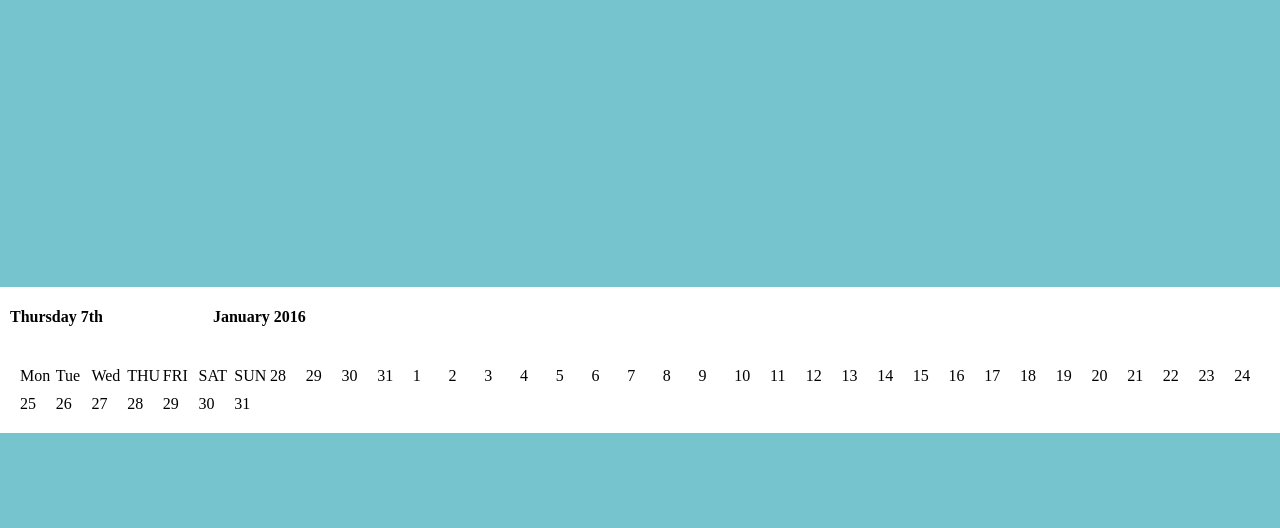
Repository: KYUUBI-K/HTML
Page: За 1 курс/Лаб 4/calendar.html
The author's editor kept a copy of each file at every save. The page is drawn from the files as they stood at one save, then again after the next save.
The browser window is 1280 px wide. The pictures show the whole page.

Above is the page before, as saved 2021-03-30 13:38:52.

After the next save:
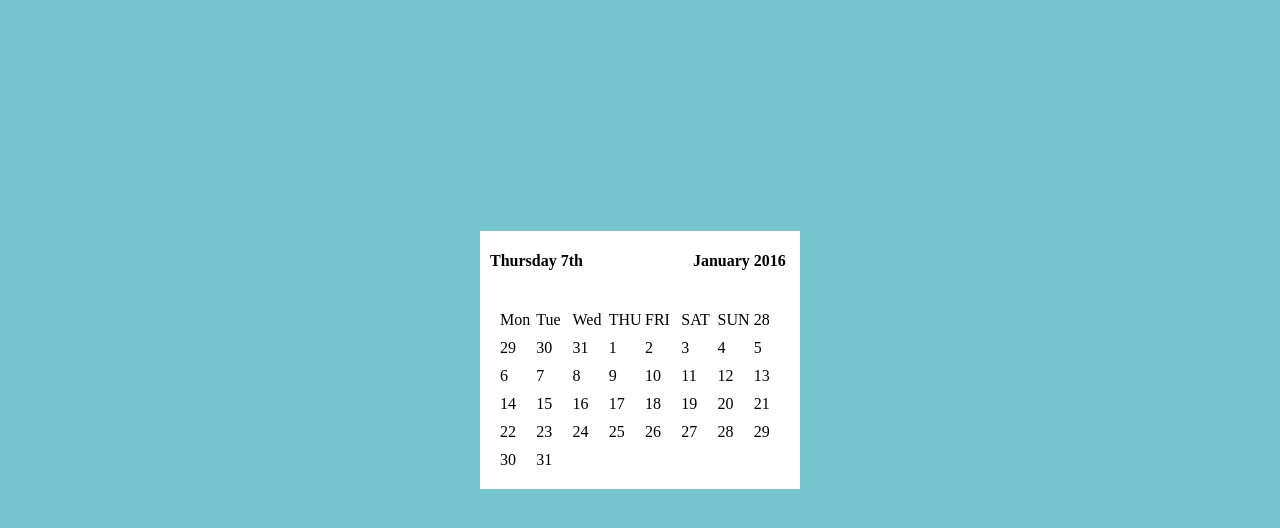
Saved 5 s later.
--- a/За 1 курс/Лаб 4/for_calend.css
+++ b/За 1 курс/Лаб 4/for_calend.css
@@ -7,7 +7,7 @@ body{
     height: 100vh;
 }
 .calendar{
-    width: 3200px;
+    width: 320px;
     height: auto;
     background-color: white;
     box-sizing: border-box;
